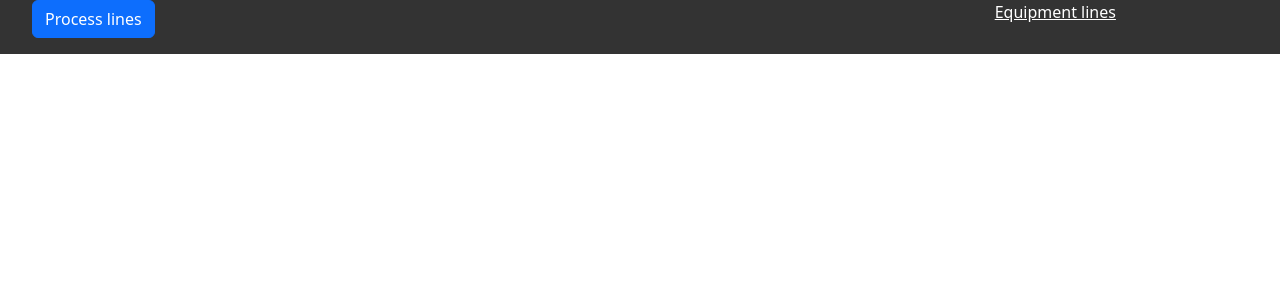
Repository: sreech465/evin3
Page: /equipment
These files come from the project's save history. The page is drawn as it stood at one moment and after the next save; the edit follows.
The browser window is 1280 px wide. The pictures show the whole page.
The page's requests for data from a server got no answer. The project was rebuilt for these pictures with package versions that can differ from the ones it lists, and the page was loaded fresh each time. No one was signed in, and anything a server would have sent is missing. Also part of the build but not shown: src/Login.js, src/Display.js, src/Details.js, src/CustomSearchBar.js, src/Process.js, src/Learning.js, src/ProcessDetails.js, src/EquipDetails.js.

Above is the page before, as saved 2022-10-29 08:10:51.

After the next save:
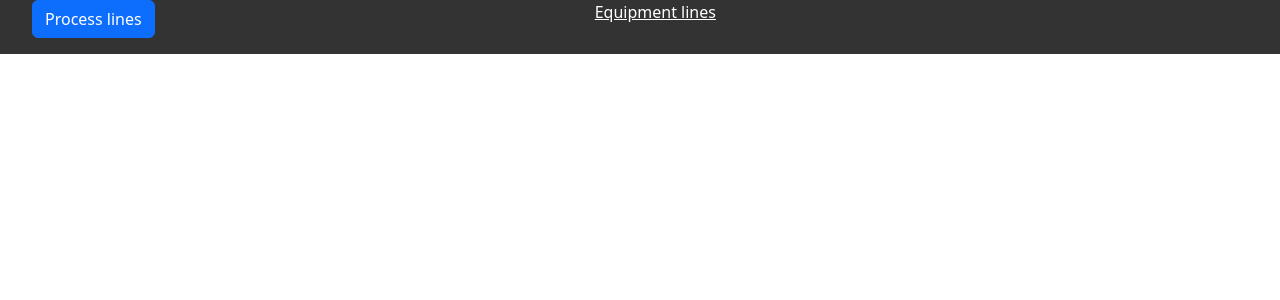
Saved 11 s later.
--- a/src/Headertabs.js
+++ b/src/Headertabs.js
@@ -17,7 +17,7 @@ const Headertabs = () => {
             <button className="btn btn-primary">Process lines</button>
           </Link>
         </li>
-        <li style={{ listStyleType: "none", marginLeft: 840 }}>
+        <li style={{ listStyleType: "none", marginLeft: 440 }}>
           <Link to="/equipment">Equipment lines</Link>
         </li>
       </ul>
